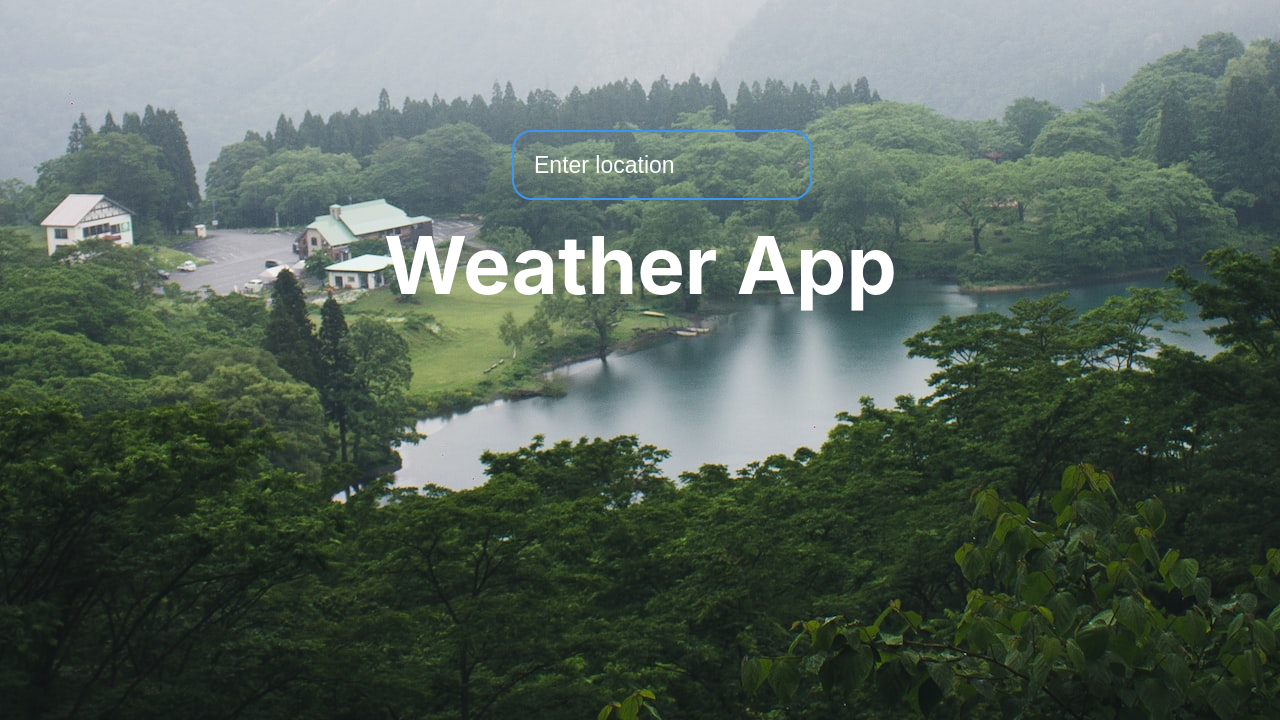
Repository: RenataDzotova/WeatherForecast
Page: /
These files come from the project's save history. The page is drawn as it stood at one moment and after the next save; the edit follows.
The browser window is 1280 px wide. The pictures show the whole page.
The project was rebuilt for these pictures with package versions that can differ from the ones it lists, and the page was loaded fresh each time. The framework's server and built-in components were replaced by stand-ins that run in the browser. Also part of the build but not shown: next.config.js, styles/Home.module.css.

Above is the page before, as saved 2023-01-19 16:39:15.

After the next save:
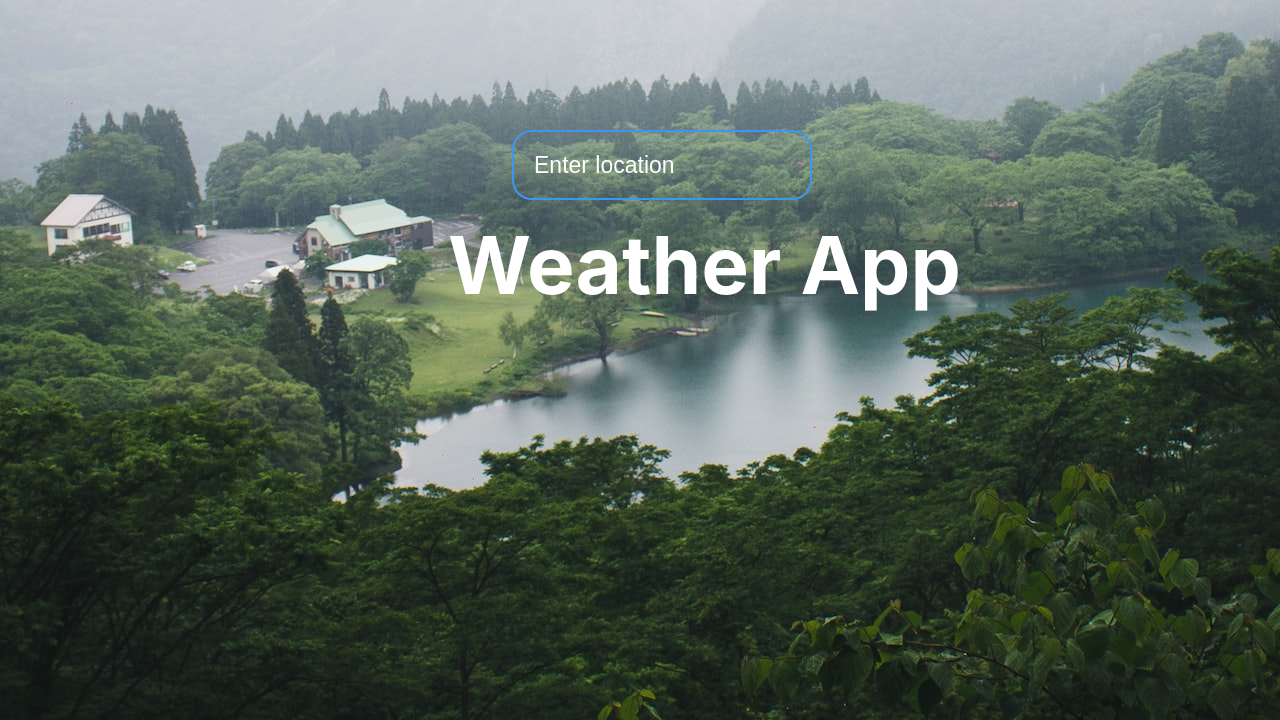
Saved 5 s later.
--- a/styles/globals.css
+++ b/styles/globals.css
@@ -19,7 +19,7 @@ body {
   color: white;
   background-color: transparent;
   position: absolute;
-  left: 30%;
+  left: 35%;
   top: 30%;
 }
 
